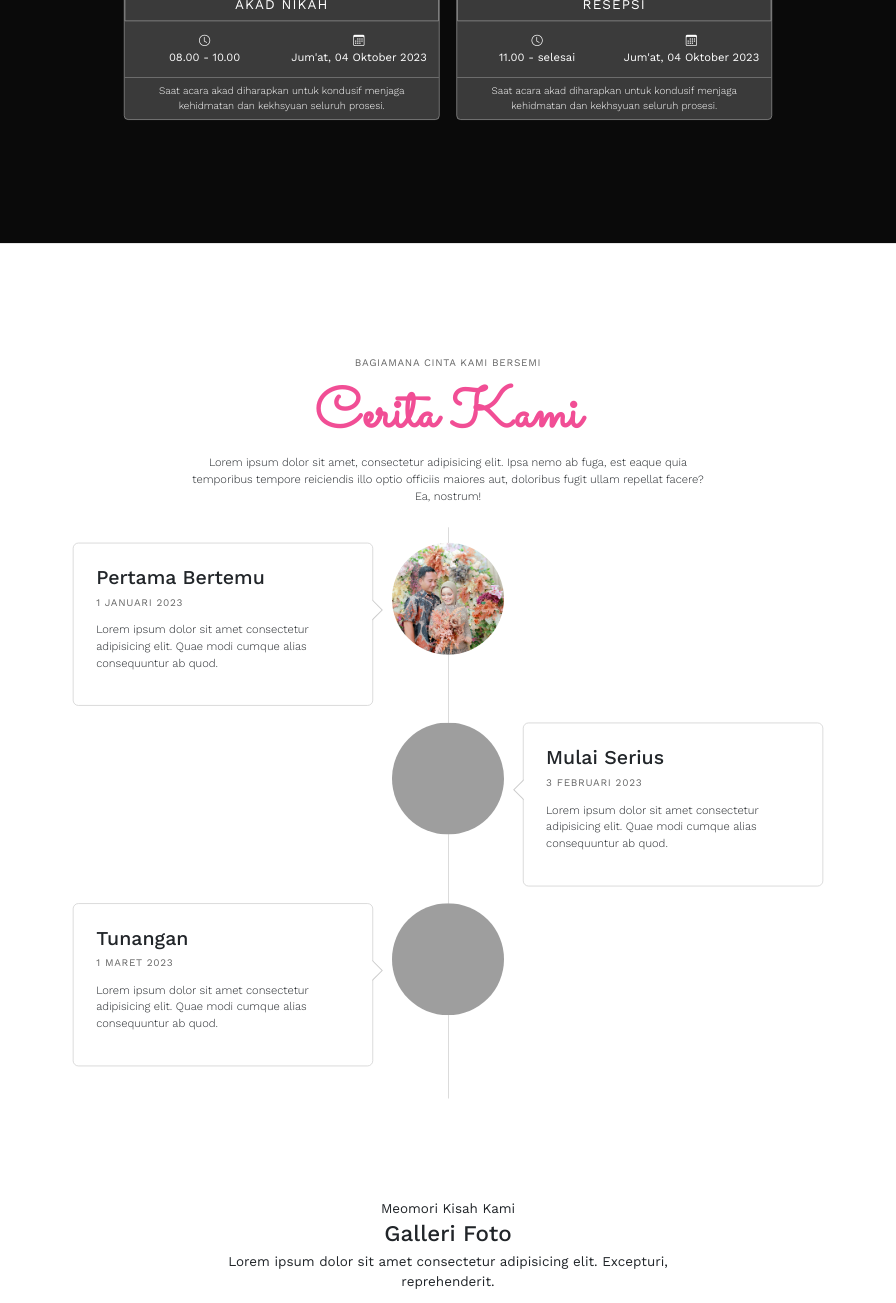
Repository: sellayspy/invitation
Page: index.html
The author's editor kept a copy of each file at every save. The page is drawn from the files as they stood at one save, then again after the next save.
The browser window is 1280 px wide. The pictures show the part of the page from y = 2176 to 4096 px (the page is 4038 px tall before and 4096 px after), at 70% of full size.
Pictures or frames that could not be fetched are drawn as grey boxes.

Above is the page before, as saved 2024-07-08 20:10:20.

After the next save:
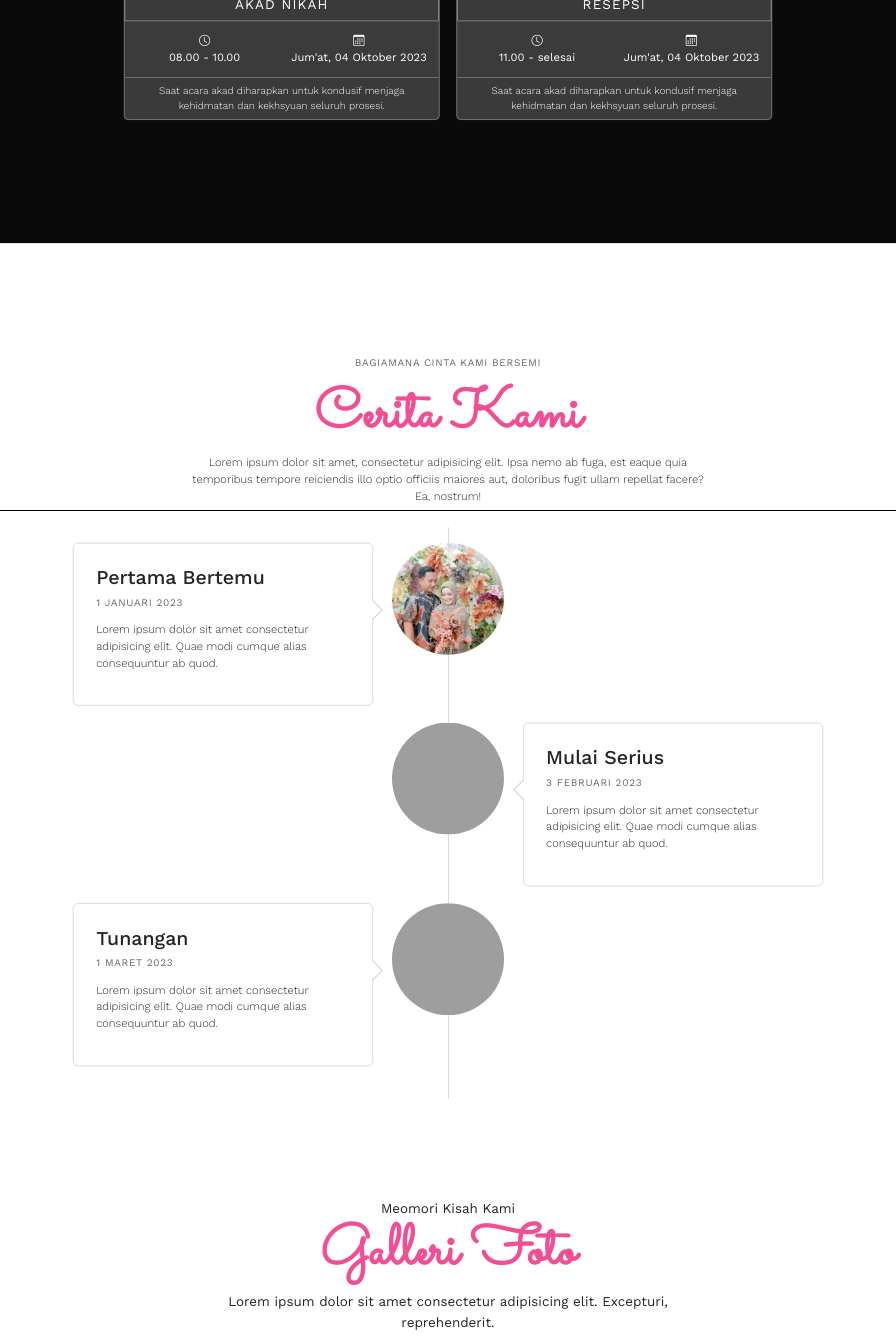
Saved 23 s later.
--- a/style.css
+++ b/style.css
@@ -94,7 +94,8 @@ body {
 
 .home h2,
 .info h2,
-.story h2 {
+.story h2,
+.gallery h2 {
   color: var(--pink);
   font-family: "Sacramento", cursive;
   font-size: 5rem;
